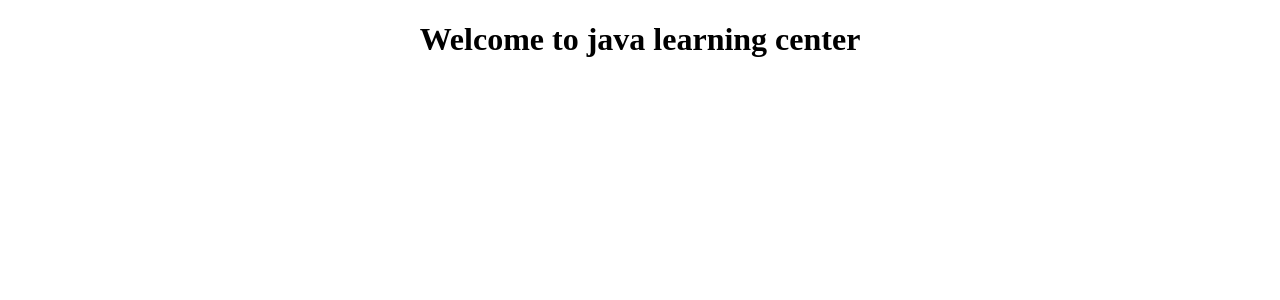
Repository: loky91/MYLABSONLY
Page: J2EE-SERVLET/Lab5_include_method/WebContent/home.html
An editor plug-in stored every save of this project. The page is shown before and after the next save, followed by the edit.
The browser window is 1280 px wide. The pictures show the whole page.

Above is the page before, as saved 2017-07-01 09:06:14.

After the next save:
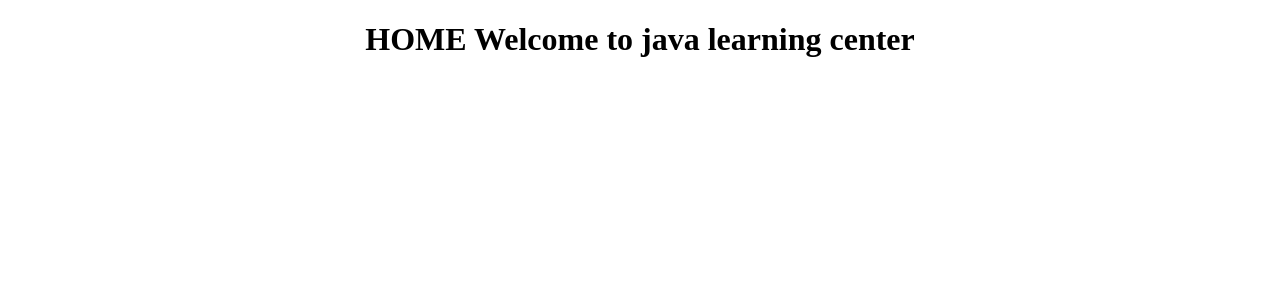
Saved 16 s later.
--- a/J2EE-SERVLET/Lab5_include_method/WebContent/home.html
+++ b/J2EE-SERVLET/Lab5_include_method/WebContent/home.html
@@ -6,7 +6,7 @@
 </head>
 <body>
 <h1 align="center">
-Welcome to java learning center
+HOME Welcome to java learning center
 </h1>
 </body>
 </html>
